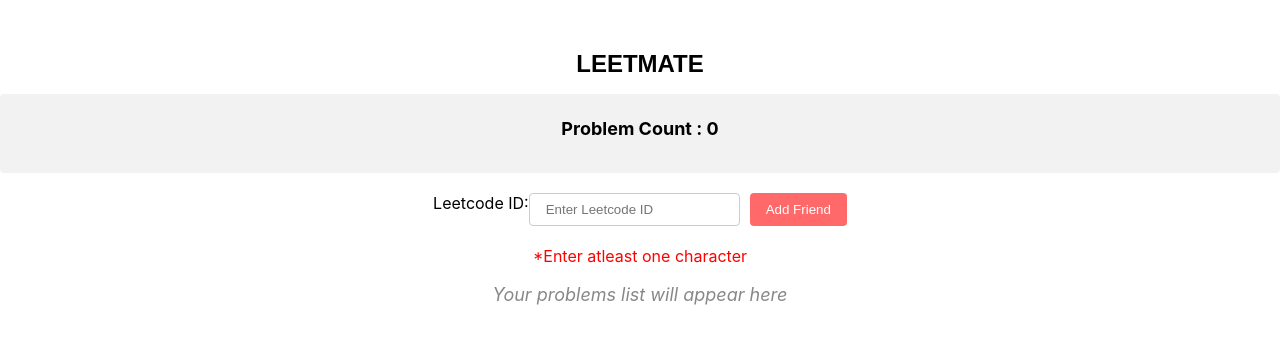
Repository: Sanketh149/leetcode-discord
Page: /
An editor plug-in stored every save of this project. The page is shown before and after the next save, followed by the edit.
The browser window is 1280 px wide. The pictures show the whole page.
The project was rebuilt for these pictures with package versions that can differ from the ones it lists, and the page was loaded fresh each time. Also part of the build but not shown: src/Modal.module.css, src/Modal.js, src/Cart.module.css, src/Cart.js.

Above is the page before, as saved 2023-06-21 18:23:28.

After the next save:
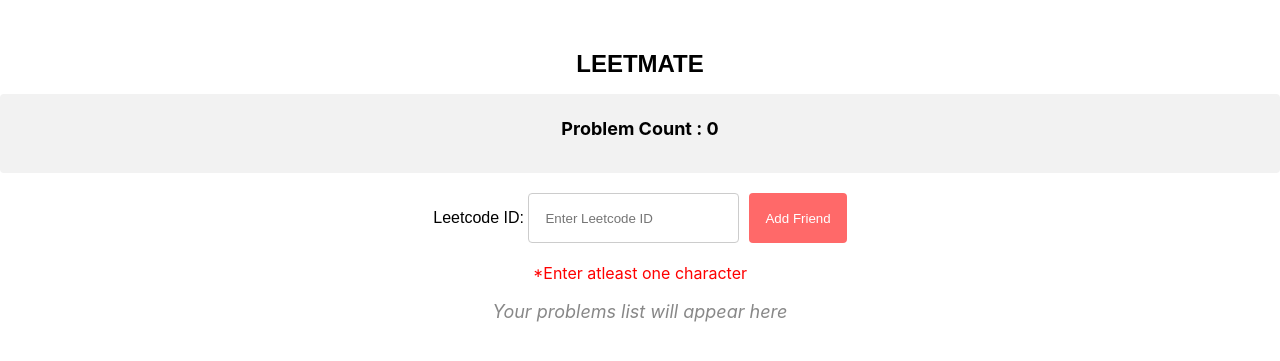
Saved 17 s later.
--- a/src/App.js
+++ b/src/App.js
@@ -86,7 +86,10 @@
         <p className="problemCount">Problem Count : {user.length}</p>
       </div>
       <form onSubmit={handleSubmit} className="app__form">
-        <label>Leetcode ID: </label>
+        <label>
+          {" "}
+          <pre>Leetcode ID: </pre>
+        </label>
         <input
           type="text"
           value={username}
